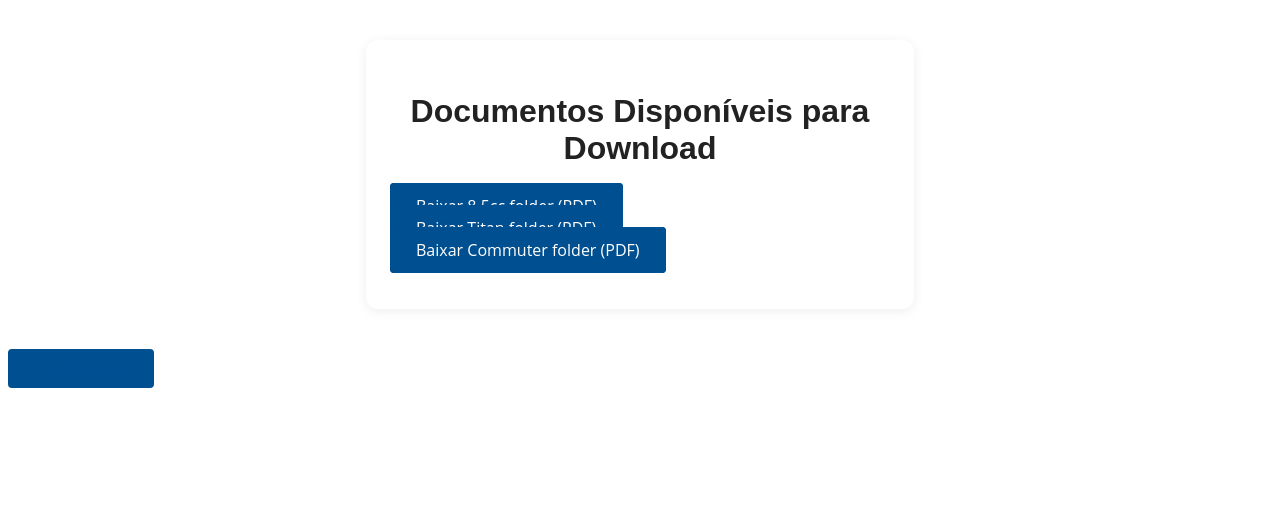
Repository: JamesOliveira1/Project-MastroWebSite
Page: assets/contents/documents.html
The author's editor kept a copy of each file at every save. The page is drawn from the files as they stood at one save, then again after the next save.
The browser window is 1280 px wide. The pictures show the whole page.
Some web fonts or font styles are not loaded; a fallback is used.

Above is the page before, as saved 2025-06-30 13:23:27.

After the next save:
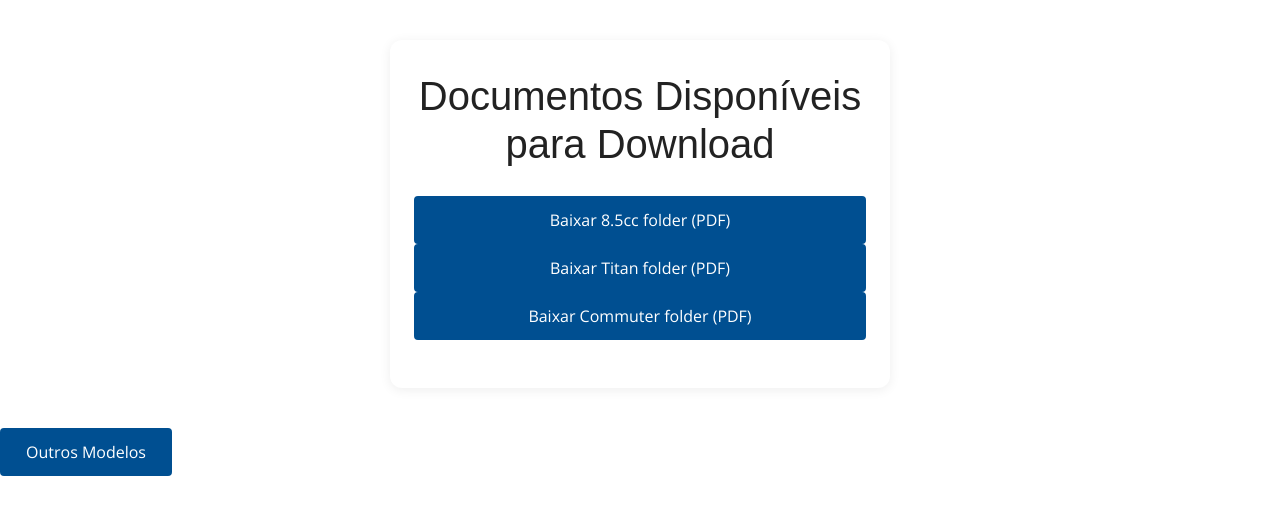
Saved 94 s later.
--- a/assets/contents/documents.html
+++ b/assets/contents/documents.html
@@ -3,7 +3,21 @@
 <head>
     <meta charset="UTF-8">
     <title>Documentos para Download</title>
-    <link rel="stylesheet" href="/assets/css/style.css">
+      <!-- Google Fonts -->
+  <link href="https://fonts.googleapis.com/css?family=Open+Sans:300,300i,400,400i,600,600i,700,700i|Raleway:300,300i,400,400i,500,500i,600,600i,700,700i|Poppins:300,300i,400,400i,500,500i,600,600i,700,700i"
+    rel="stylesheet">
+
+  <!-- Vendor CSS Files -->
+  <link href="../assets/vendor/aos/aos.css" rel="stylesheet">
+  <link href="../assets/vendor/bootstrap/css/bootstrap.min.css" rel="stylesheet">
+  <link href="../assets/vendor/bootstrap-icons/bootstrap-icons.css" rel="stylesheet">
+  <link href="../assets/vendor/boxicons/css/boxicons.min.css" rel="stylesheet">
+  <link href="../assets/vendor/glightbox/css/glightbox.min.css" rel="stylesheet">
+  <link href="../assets/vendor/remixicon/remixicon.css" rel="stylesheet">
+  <link href="../assets/vendor/swiper/swiper-bundle.min.css" rel="stylesheet">
+
+   <!-- Template Main CSS File -->
+  <link href="../assets/css/style.css" rel="stylesheet">
     <style>
         /* Estilo adicional para destacar a lista de documentos */
         .documents-container {
